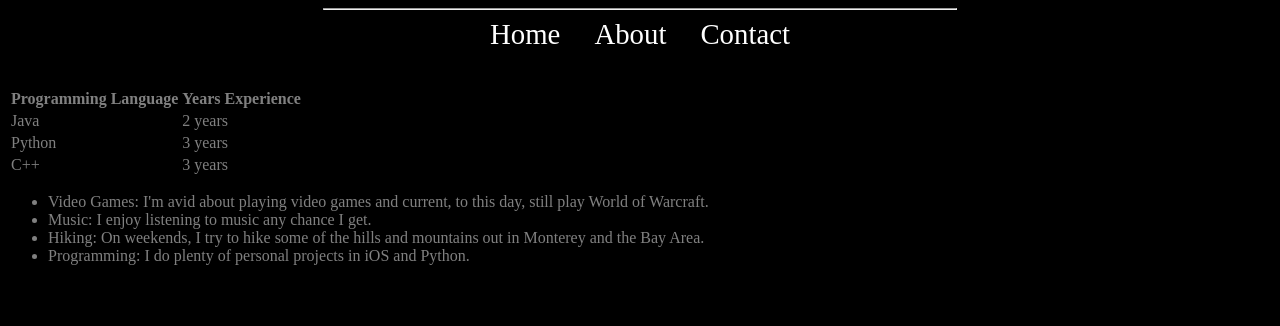
Repository: Sovereign5/cst336
Page: hbs/public/personal_portfolio/about.html
The author's editor kept a record of every edit. The page is drawn from the files as they stood at one moment, then again after the next edit.
The browser window is 1280 px wide. The pictures show the whole page.

Above is the page before.

After the next edit:
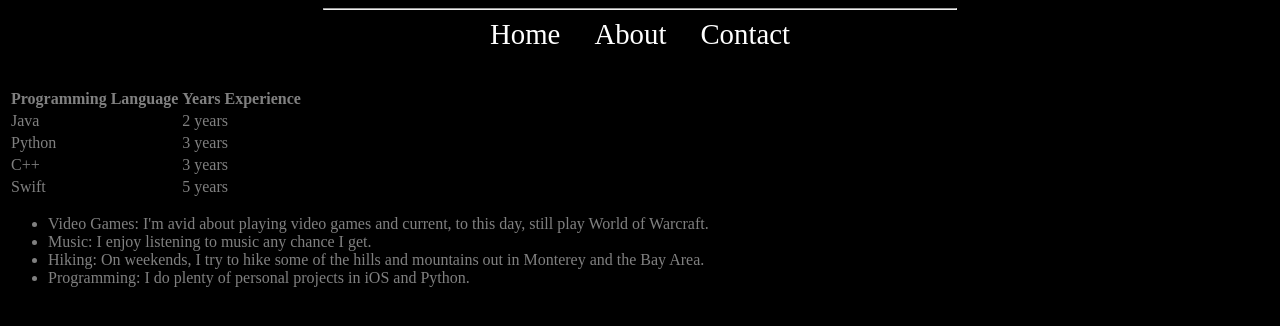
The edit:
--- a/hbs/public/personal_portfolio/about.html
+++ b/hbs/public/personal_portfolio/about.html
@@ -45,6 +45,10 @@
                 <td>C++</td>
                 <td>3 years</td>
             </tr>
+            <tr class="table-row">
+                <td>Swift</td>
+                <td>5 years</td>
+            </tr>
         </table>
 
         <ul>
